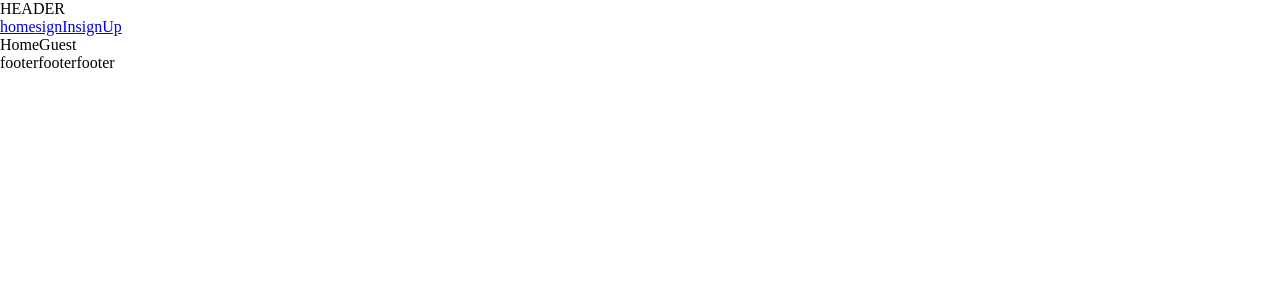
Repository: YuraKrvz/aurora-react-redux-toolkit-firebase
Page: /
An editor plug-in stored every save of this project. The page is shown before and after the next save, followed by the edit.
The browser window is 1280 px wide. The pictures show the whole page.
The project was rebuilt for these pictures with package versions that can differ from the ones it lists, and the page was loaded fresh each time. Also part of the build but not shown: src/pages/HomeUser.jsx, src/pages/SignIn.jsx, src/pages/SignUp.jsx.

Above is the page before, as saved 2021-11-24 17:34:56.

After the next save:
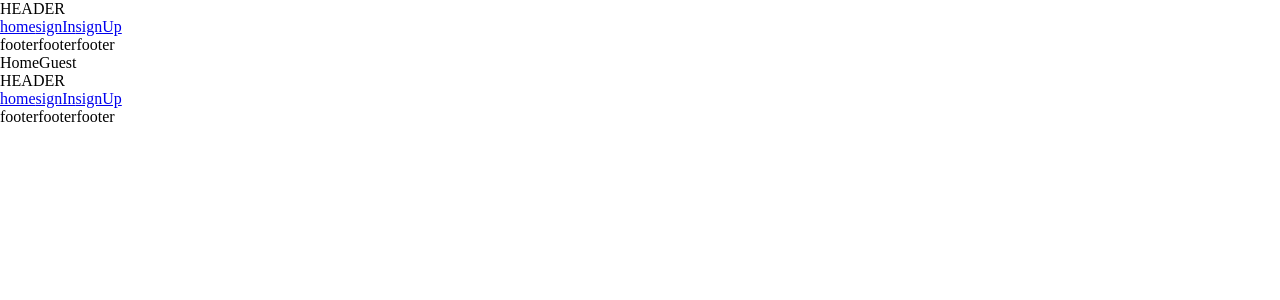
Saved 36 s later.
--- a/src/App.js
+++ b/src/App.js
@@ -1,3 +1,37 @@
+// import React from 'react';
+// import { BrowserRouter, Routes, Route } from 'react-router-dom';
+// import Header from './components/Header/Header';
+// import HomeGuest from '././pages/HomeGuest';
+// import HomeUser from '././pages/HomeUser';
+// import SignIn from './pages/SignIn';
+// import SignUp from './pages/SignUp';
+
+// function App() {
+//   const isAuth = false
+//   return (
+//     <>
+//     <BrowserRouter>
+//       <Routes>
+//         <Route path='/' element={ <Header /> }>
+//             {isAuth ? (
+//               <>
+//                 <Route index element={<HomeUser />} />
+//                 <Route path='/signIn' element={<SignIn />} />
+//                 <Route path='/signUp' element={<SignUp />} />
+//               </>
+//               ): (
+//               <Route index element={<HomeGuest />} />
+//             )}
+//         </Route>
+//       </Routes>
+//     </BrowserRouter>
+//     </>
+//   );
+// }
+
+// export default App;
+
+
 import React from 'react';
 import { BrowserRouter, Routes, Route } from 'react-router-dom';
 import Header from './components/Header/Header';
@@ -11,52 +45,18 @@ function App() {
   return (
     <>
     <BrowserRouter>
+    <Header />
       <Routes>
-        <Route path='/' element={ <Header /> }>
-            {isAuth ? (
-              <>
-                <Route index element={<HomeUser />} />
+                <Route path='/' element={<HomeUser />} />
                 <Route path='/signIn' element={<SignIn />} />
                 <Route path='/signUp' element={<SignUp />} />
-              </>
-              ): (
-              <Route index element={<HomeGuest />} />
-            )}
-        </Route>
+                <Route index element={<HomeGuest />} />
+
       </Routes>
+      <Header />
     </BrowserRouter>
     </>
   );
 }
 
 export default App;
-
-
-// import React from 'react';
-// import { BrowserRouter, Routes, Route } from 'react-router-dom';
-// import Header from './components/Header/Header';
-// import HomeGuest from '././pages/HomeGuest';
-// import HomeUser from '././pages/HomeUser';
-// import SignIn from './pages/SignIn';
-// import SignUp from './pages/SignUp';
-
-// function App() {
-//   const isAuth = false
-//   return (
-//     <>
-//     <BrowserRouter>
-//     <Header />
-//       <Routes>
-//                 <Route path='/' element={<HomeUser />} />
-//                 <Route path='/signIn' element={<SignIn />} />
-//                 <Route path='/signUp' element={<SignUp />} />
-//                 <Route index element={<HomeGuest />} />
-
-//       </Routes>
-//       <Header />
-//     </BrowserRouter>
-//     </>
-//   );
-// }
-
-// export default App;
